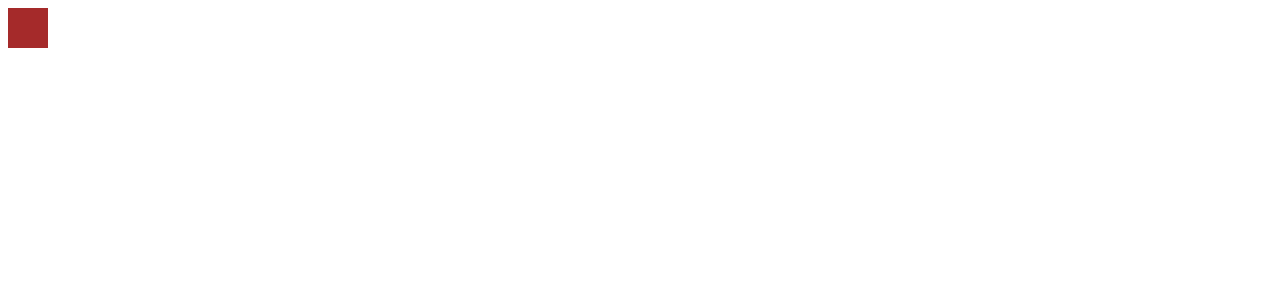
Repository: zh-webliker/achiveSomeFunction
Page: 匀加速.html
These files come from the project's save history. The page is drawn as it stood at one moment and after the next save; the edit follows.
The browser window is 1280 px wide. The pictures show the whole page.

Above is the page before, as saved 2021-05-20 09:40:38.
Console error: SyntaxError: Unexpected token '}'

After the next save:
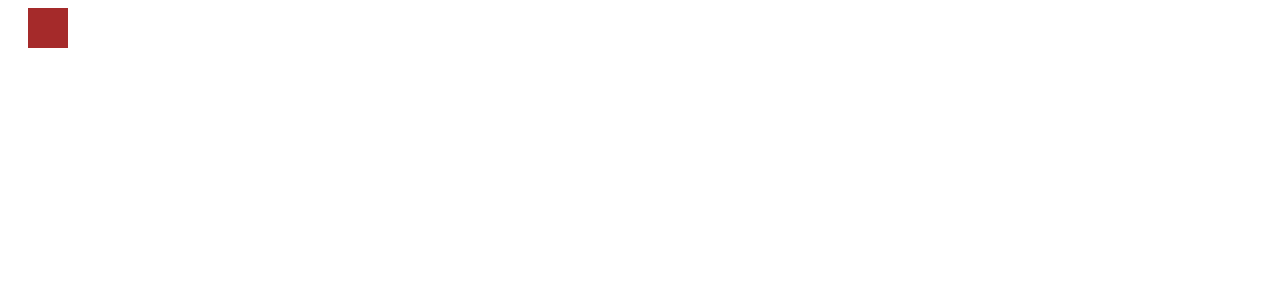
The error is gone.
Saved 74 s later.
--- a/匀加速.html
+++ b/匀加速.html
@@ -24,9 +24,11 @@
   </div>
 </body>
 <script>
+var marginLeft = 0
 var timer = setTimeout(() => {
+  marginLeft += 20
   var childBox = document.getElementsByClassName('childBox')[0]
-  childBox.style.marginLeft =
+  childBox.style.marginLeft = marginLeft + 'px'
 }, 1000)
 </script>
 </html>
